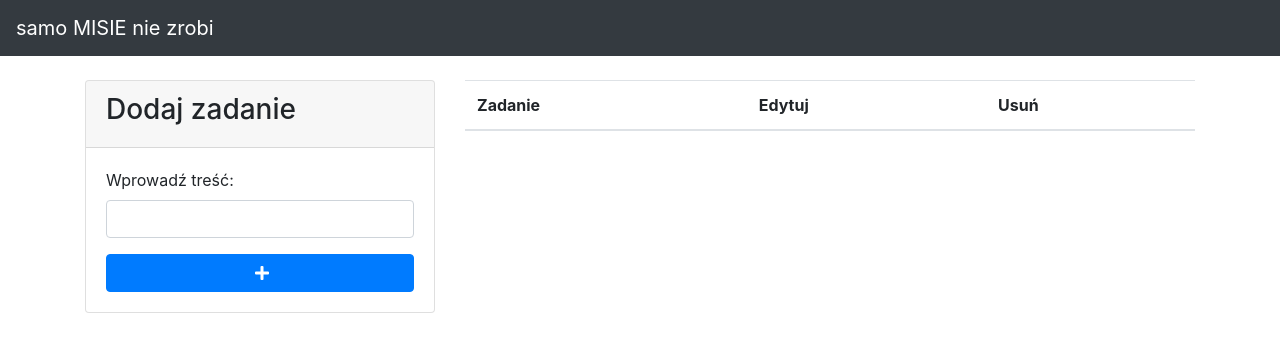
Repository: pcharazinski/JS_EXPRESS---samoMISIEniezrobi
Page: http://localhost/
These files come from the project's save history. The page is drawn as it stood at one moment and after the next save; the edit follows.
The browser window is 1280 px wide. The pictures show the whole page.
Some web libraries are served in a nearby version. The page is served by the project's Node server (app.js). Queries for data that is not in the repository find no rows.

Above is the page before, as saved 2018-12-16 12:47:52.

After the next save:
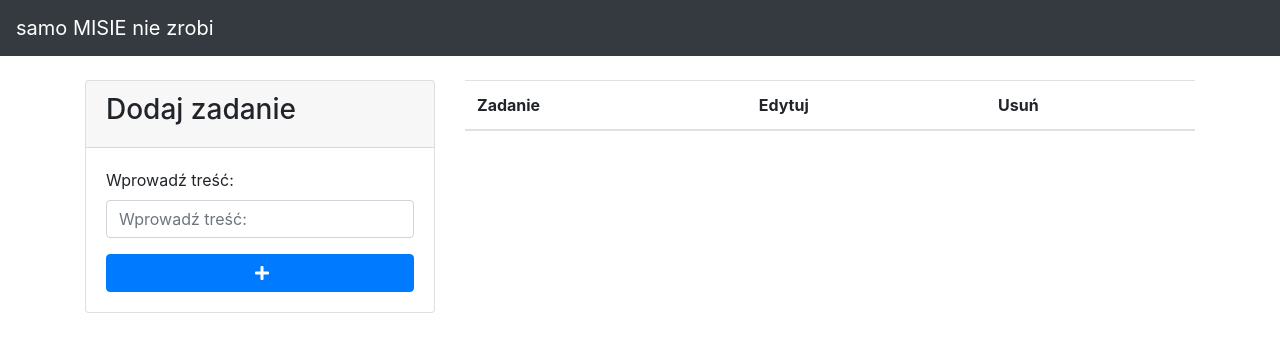
Saved 6 s later.
--- a/views/index.pug
+++ b/views/index.pug
@@ -12,7 +12,7 @@ block content
                     form(action="/addme", method="POST")
                         .form-group
                             label(for='labeltodo') Wprowadź treść:
-                            input.form-control#labeltodo(type='text', name="title", placeholder="")
+                            input.form-control#labeltodo(type='text', name="title", placeholder="Wprowadź treść: ")
                         button(type="submit").btn.btn-primary.btn-block
                             i.fas.fa-plus.pl-1
 
